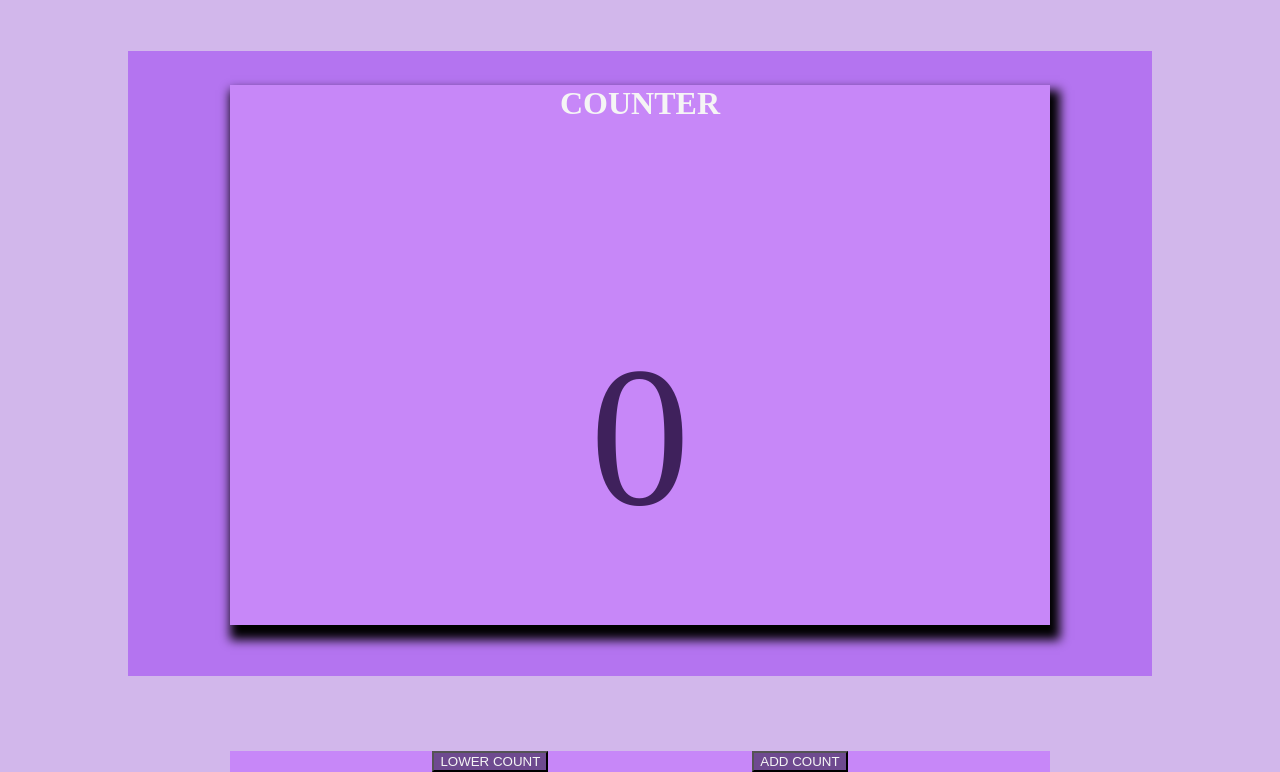
Repository: AnahitKhechumyan/Counter
Page: index.html
These files come from the project's save history. The page is drawn as it stood at one moment and after the next save; the edit follows.
The browser window is 1280 px wide. The pictures show the whole page.

Above is the page before, as saved 2022-02-14 21:10:47.

### index.html
<!DOCTYPE html>
<html lang="en">
<head>
    <meta charset="UTF-8">
    <meta http-equiv="X-UA-Compatible" content="IE=edge">
    <meta name="viewport" content="width=device-width, initial-scale=1.0">
    <link rel="stylesheet" href="style.css">
    <title>Counter</title>
</head>
<body>
    <div class="container">
     <div class="main">
            <div class="header">
                <h1>COUNTER</h1>
            <p class= "counter">0</p>
           </div>
            <div class = "change">
                 <button class ="decrement" type="button">LOWER COUNT</button>
                 <button class ="increment" type="button">ADD COUNT</button>
            </div>
        </div>
    </div>
    <script src= "script.js"></script>
</body>
</html>

### style.css
body{
    margin: 0;
    background-color: rgb(210, 183, 235);
}
.container{
    background-color: rgb(180, 116, 240);
    width: 80%;
    height: 85vh;
    margin: 4% 10%;
    padding-top: 1%;

}
.main{
    background-color: rgb(199, 135, 248);
    width: 80%;
    height: 75vh;
    margin: 1% 10%;
    box-shadow: 5px 10px 10px 5px;
    text-align: center;
}
h1{
    text-align: center;
    color:whitesmoke;

}

.counter{
    font-size:200px;
    color:rgb(63, 33, 92);

}
 .change{
     background-color:  rgb(199, 135, 248)
 }
.decrement{
    margin-right: 100px;
   background-color: rgb(110, 74, 143);
   color:whitesmoke;
}
.decrement:hover{
    background-color:whitesmoke;
    color:rgb(110, 74, 143);
    cursor:pointer;
}
.increment{
    margin-left: 100px;
    background-color: rgb(110, 74, 143);
    color:whitesmoke;
}
.increment:hover{
    background-color:whitesmoke;
    color:rgb(110, 74, 143);
    cursor:pointer;
}

### script.js
let counterElem = document.querySelector('.counter');
let addCount = document.querySelector('.increment');
let lowerCount =document.querySelector('.decrement');

    let count = 0;
    updateDisplay();

 addCount.addEventListener("click",()=>{
    count++;
    counterElem.innerHTML = count;
});
lowerCount.addEventListener("click",()=>{
    count--;
    counterElem.innerHTML = count;
});

updateDisplay();
function updateDisplay(){
    counterElem.innerHTML = count;
};

After the next save:
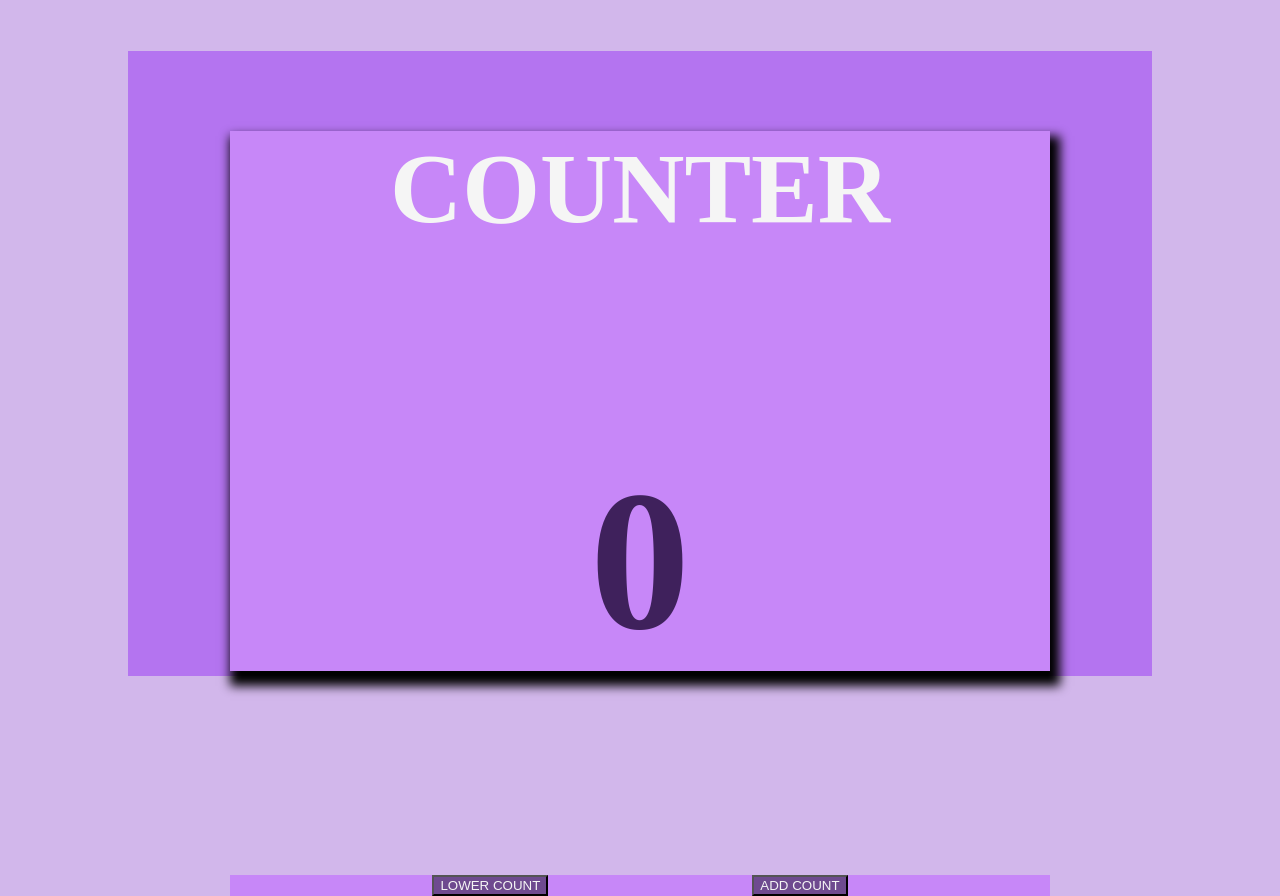
Saved 66 s later.
--- a/style.css
+++ b/style.css
@@ -18,10 +18,11 @@ body{
     box-shadow: 5px 10px 10px 5px;
     text-align: center;
 }
-h1{
+.header{
     text-align: center;
     color:whitesmoke;
-
+    font-size: 50px;
+    font-weight: 700;
 }
 
 .counter{
